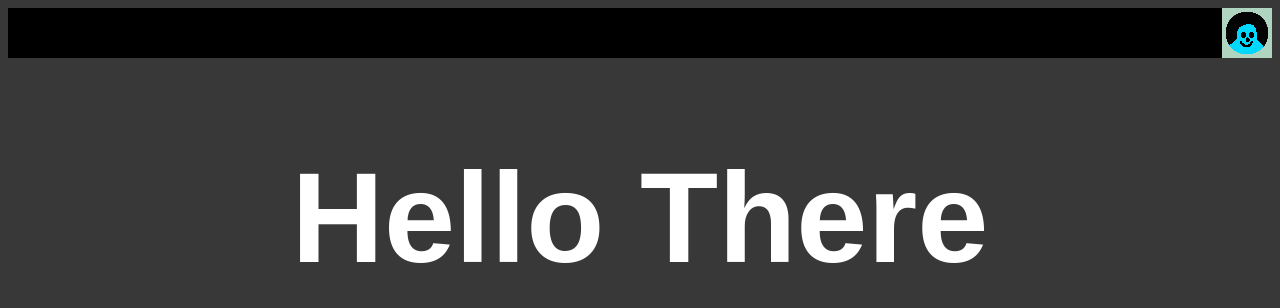
Repository: thecptwaffles/NeonWhiteAssetWebsite
Page: index.html
An editor plug-in stored every save of this project. The page is shown before and after the next save, followed by the edit.
The browser window is 1280 px wide. The pictures show the whole page.
Some web libraries are served in a nearby version.

Above is the page before, as saved 2022-07-01 17:19:48.

### index.html
<!DOCTYPE html>
<html lang="en">

<head>
    <meta charset="UTF-8">
    <meta http-equiv="X-UA-Compatible" content="IE=edge">
    <meta name="viewport" content="width=device-width, initial-scale=1.0">
    <title>Game Assets Website</title>
    <link rel="stylesheet" href="style.css">
    <link rel="stylesheet" href="https://cdnjs.cloudflare.com/ajax/libs/font-awesome/6.1.1/css/all.min.css"
        integrity="sha512-KfkfwYDsLkIlwQp6LFnl8zNdLGxu9YAA1QvwINks4PhcElQSvqcyVLLD9aMhXd13uQjoXtEKNosOWaZqXgel0g=="
        crossorigin="anonymous" referrerpolicy="no-referrer" />
</head>

<body>
    <nav>
        <div class="dropdown">
            <button class="dropbtn">
                <!-- <i id="iconRight" class="fa fa-caret-right"></i> -->
                <i id="iconDown" class="fa fa-caret-down"></i>
            </button>
            <div class="dropdown-content">
                <a href="#">Link 1</a>
                <a href="#">Link 2</a>
                <a href="#">Link 3</a>
            </div>
        </div>
        <div class="profileIcon">
            <img src="./content/profile.png" alt="Profile Icon">
        </div>
    </nav>
    <h1 id="welcomeMessage"></h1>
    <div id="Featured"></div>
    <script src="./app.js"></script>
</body>

</html>

### style.css
@import url('https://fonts.googleapis.com/css2?family=Montserrat:wght@300&family=Raleway:wght@300&display=swap');

:root {
    margin: 0px;
    padding: 0px;
    background-color: #383838;
    color: white;
    --prim-font: 'Montserrat', sans-serif;
    --sec-font: 'Raleway', sans-serif;
    --first-clr: ;
    --second-clr: ;
    --accent-clr: ;
}

.profileIcon {
    display: flex;
    align-items: right;
    justify-content: right;
}

nav {
    background-color: black;
    margin: 0;
    padding: 0;
}

#welcomeMessage {
    text-align: center;
    font-size: 10vw;
    font-family: sans-serif;
}

/* Navbar container */
.navbar {
    overflow: hidden;
    background-color: #333;
    font-family: Arial;
}

/* Links inside the navbar */
.navbar a {
    float: left;
    font-size: 16px;
    color: white;
    text-align: center;
    padding: 14px 16px;
    text-decoration: none;
}

/* The dropdown container */
.dropdown {
    float: left;
    overflow: hidden;
}

/* Dropdown button */
.dropdown .dropbtn {
    font-size: 16px;
    border: none;
    outline: none;
    color: white;
    padding: 14px 16px;
    background-color: inherit;
    font-family: inherit;
    /* Important for vertical align on mobile phones */
    margin: 0;
    /* Important for vertical align on mobile phones */
}

/* Add a red background color to navbar links on hover */
.navbar a:hover,
.dropdown:hover .dropbtn {
    background-color: gray;
}

/* Dropdown content (hidden by default) */
.dropdown-content {
    display: none;
    position: absolute;
    background-color: #393939;
    min-width: 160px;
    box-shadow: 0px 8px 16px 0px rgba(0, 0, 0, 0.2);
    z-index: 1;
}

/* Links inside the dropdown */
.dropdown-content a {
    float: none;
    color: black;
    padding: 12px 16px;
    text-decoration: none;
    display: block;
    text-align: left;
    color: white;
}

/* Add a grey background color to dropdown links on hover */
.dropdown-content a:hover {
    background-color: #989898;
}

/* Show the dropdown menu on hover */
.dropdown:hover .dropdown-content {
    display: block;
}

#iconDown {
    display: none;
}

### app.js
let welcomeMessage = document.getElementById('welcomeMessage');
let featuredImages = document.getElementById('Featured')
let greeting = 'Hello There'
welcomeMessage.innerHTML = greeting

After the next save:
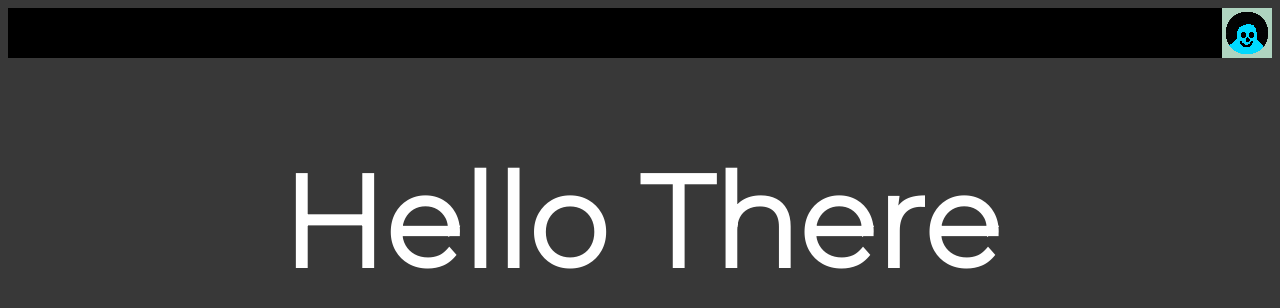
Saved 89 s later.
--- a/style.css
+++ b/style.css
@@ -27,7 +27,7 @@ nav {
 #welcomeMessage {
     text-align: center;
     font-size: 10vw;
-    font-family: sans-serif;
+    font-family: var(--prim-font);
 }
 
 /* Navbar container */
@@ -61,7 +61,7 @@ nav {
     color: white;
     padding: 14px 16px;
     background-color: inherit;
-    font-family: inherit;
+    font-family: var(--prim-font);
     /* Important for vertical align on mobile phones */
     margin: 0;
     /* Important for vertical align on mobile phones */
